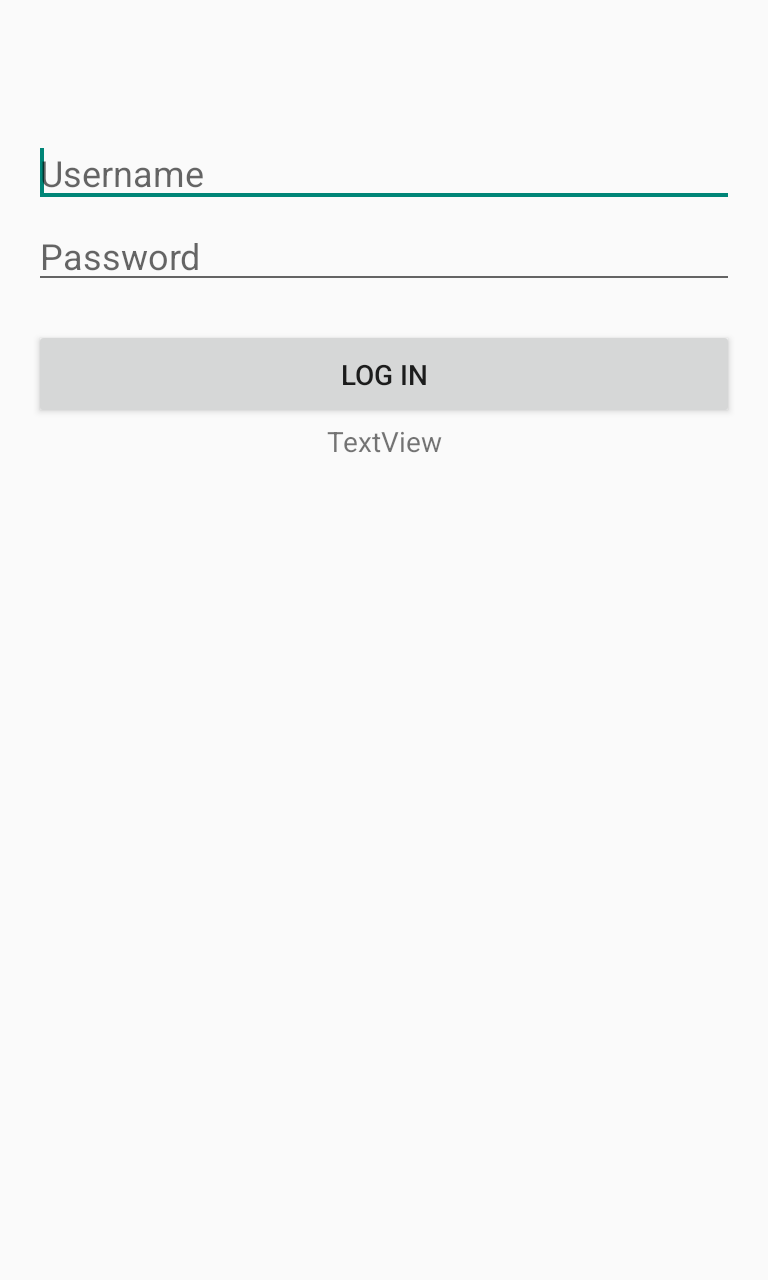
Repository: mboya/healthylife
Layout: Healthy Life/res/layout/activity_healthy_life_login.xml
The author's editor kept a copy of each file at every save. The layout is drawn from the files as they stood at one save, then again after the next save.
It is drawn on a 768 x 1280 px phone screen (xhdpi) without system bars, with theme AppTheme; the app's code is not run.

Above is the layout before, as saved 2015-04-19 08:25:00.

### Healthy Life/res/layout/activity_healthy_life_login.xml
<RelativeLayout xmlns:android="http://schemas.android.com/apk/res/android"
    android:layout_width="fill_parent"
    android:layout_height="fill_parent" >

    <EditText
        android:id="@+id/editText1"
        android:layout_width="match_parent"
        android:layout_height="wrap_content"
        android:layout_alignParentTop="true"
        android:layout_centerHorizontal="true"
        android:layout_marginLeft="16dp"
        android:layout_marginRight="16dp"
        android:layout_marginTop="64dp"
        android:ems="10"
        android:hint="@string/username"
        android:singleLine="true" >

        <requestFocus />
    </EditText>

    <EditText
        android:id="@+id/editText2"
        android:layout_width="match_parent"
        android:layout_height="wrap_content"
        android:layout_below="@+id/editText1"
        android:layout_centerHorizontal="true"
        android:layout_marginLeft="16dp"
        android:layout_marginRight="16dp"
        android:ems="10"
        android:hint="@string/password"
        android:inputType="textPassword"
        android:singleLine="true" />

    <Button
        android:id="@+id/button1"
        android:layout_width="match_parent"
        android:layout_height="wrap_content"
        android:layout_below="@+id/editText2"
        android:layout_centerHorizontal="true"
        android:layout_marginLeft="16dp"
        android:layout_marginRight="16dp"
        android:layout_marginTop="16dp"
        android:text="@string/login" />

    <TextView
        android:id="@+id/textView1"
        android:layout_width="match_parent"
        android:layout_height="wrap_content"
        android:layout_below="@+id/button1"
        android:layout_centerHorizontal="true"
        android:gravity="center"
        android:text="TextView" />

</RelativeLayout>

### Healthy Life/res/values/strings.xml
<?xml version="1.0" encoding="utf-8"?>
<resources>

    <string name="app_name">Healthy Life</string>
    <string name="hello_world">Hello world!</string>
    <string name="action_settings">Settings</string>
    <string name="username">Username</string>
    <string name="password">Password</string>
    <string name="login">Log In</string>

</resources>

Loaded but not shown: Healthy Life/res/values/styles.xml (common file)

After the next save:
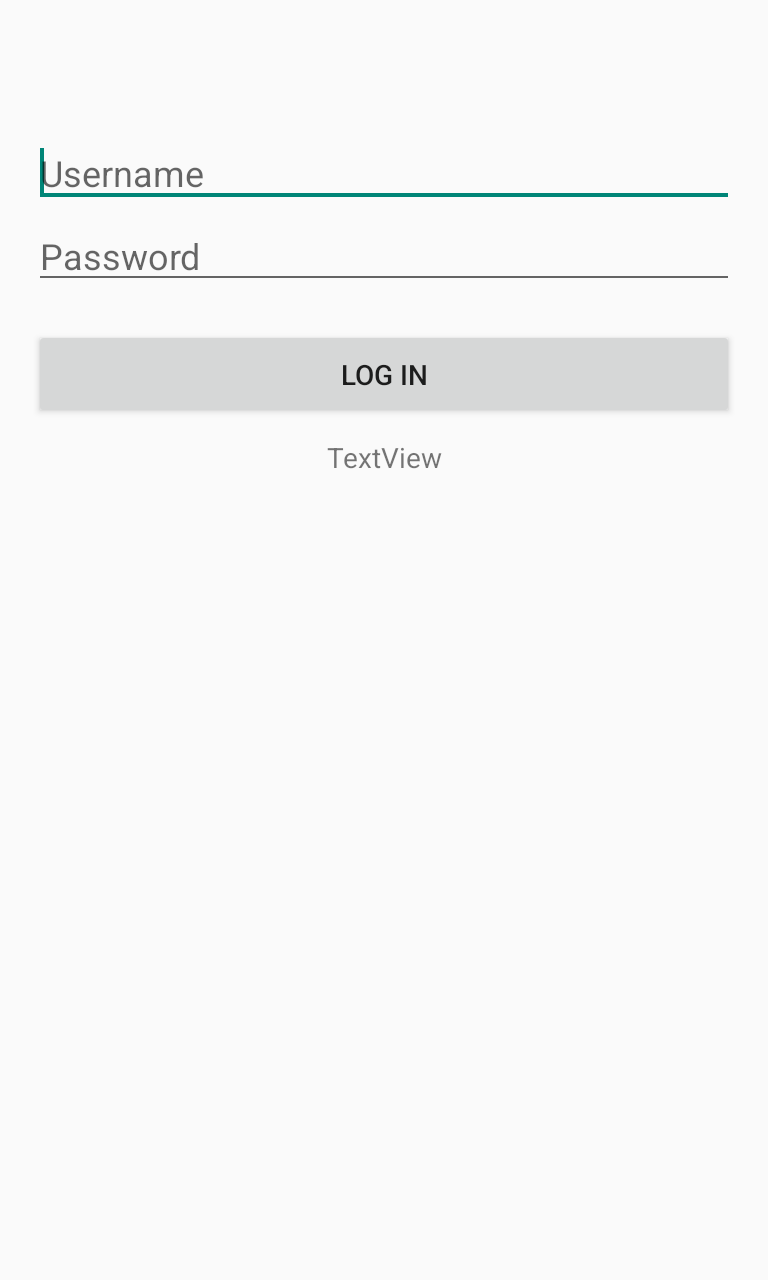
Saved 18 s later.
--- a/Healthy Life/res/layout/activity_healthy_life_login.xml
+++ b/Healthy Life/res/layout/activity_healthy_life_login.xml
@@ -48,6 +48,7 @@
         android:layout_height="wrap_content"
         android:layout_below="@+id/button1"
         android:layout_centerHorizontal="true"
+        android:layout_marginTop="8dp"
         android:gravity="center"
         android:text="TextView" />
 
